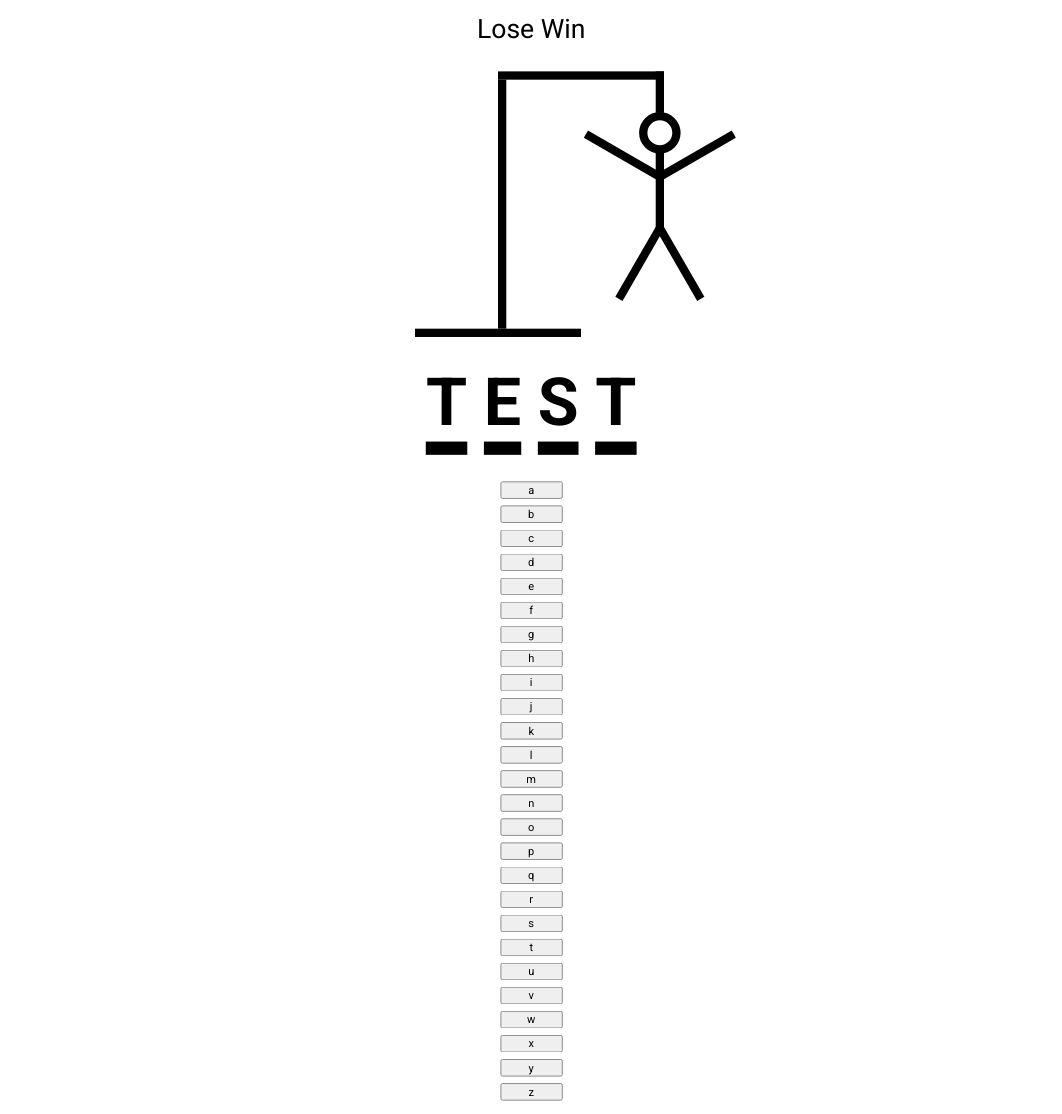
Repository: guilhermecardoso93/jogodaforca
Page: /
The author's editor kept a copy of each file at every save. The page is drawn from the files as they stood at one save, then again after the next save.
The browser window is 1280 px wide. The pictures show the whole page, at 83% of full size.
The project was rebuilt for these pictures with package versions that can differ from the ones it lists, and the page was loaded fresh each time. Also part of the build but not shown: vite.config.ts.

Above is the page before, as saved 2022-12-06 21:28:25.

### index.html
<!DOCTYPE html>
<html lang="en">
  <head>
    <meta charset="UTF-8" />
    <link rel="icon" type="image/svg+xml" href="/vite.svg" />
    <meta name="viewport" content="width=device-width, initial-scale=1.0" />
    <link rel="preconnect" href="https://fonts.googleapis.com"><link
      rel="preconnect" href="https://fonts.gstatic.com" crossorigin><link
      href="https://fonts.googleapis.com/css2?family=Roboto:ital,wght@0,400;0,500;0,700;1,400&display=swap"
      rel="stylesheet">
    <title>Vite + React + TS</title>
  </head>
  <body>
    <div id="root"></div>
    <script type="module" src="/src/main.tsx"></script>
  </body>
</html>

### src/App.tsx
import { useState } from "react";
import words from "./wordList.json";

import { HangmanDrawing } from "./components/HangmanDrawing";
import { HangmanWord } from "./components/HangmanWord";
import { Keyboard } from "./components/Keyboard";

import "./App.css";

export function App() {
  const randomWords = () => {
    return words[Math.floor(Math.random() * words.length)];
  };

  const [wordToGuess, setWordToGuess] = useState(randomWords);
  const [guessedLetters, setGuessedLetters] = useState<string[]>([]);

  console.log(wordToGuess);
  return (
    <div className="container">
      <div className="loseOrWin">Lose Win</div>
      <HangmanDrawing />
      <HangmanWord />
      <Keyboard />
    </div>
  );
}

### src/wordList.json
[
  "capaz",
  "sobre",
  "absoluto",
  "aceitar",
  "conta",
  "alcançar",
  "através",
  "ativo",
  "real",
  "Admitem",
  "anunciar",
  "afetar",
  "proporcionar",
  "depois",
  "tarde",
  "novamente",
  "contra",
  "agente",
  "aceita",
  "permitir",
  "quase",
  "já",
  "tudo bem",
  "também",
  "Apesar",
  "sempre",
  "América",
  "quantia",
  "outro",
  "responda",
  "separado",
  "aparente",
  "aparecer",
  "Aplique",
  "nomear",
  "abordagem",
  "apropriado",
  "área",
  "argumentar",
  "arranjo",
  "associado",
  "presumir",
  "participar",
  "autoridade",
  "acessível",
  "consciente",
  "horrível",
  "bebê",
  "Saldo",
  "bola",
  "banco",
  "base",
  "base",
  "urso",
  "bater",
  "beleza",
  "Porque",
  "antes da",
  "começar",
  "acreditam",
  "beneficiar",
  "melhor",
  "entre",
  "conta",
  "nascimento",
  "Preto",
  "cara",
  "sangue",
  "golpe",
  "limite",
  "linha",
  "Lista",
  "ouço",
  "pequena",
  "viver",
  "carregar",
  "local",
  "trancar",
  "Londres",
  "grandes",
  "olhar",
  "senhor",
  "perder",
  "amor",
  "sorte",
  "almoço",
  "máquina",
  "faço",
  "gerir",
  "muitos",
  "marca",
  "mercado",
  "casar",
  "Combine",
  "matéria",
  "significa",
  "significado",
  "a medida",
  "encontrar",
  "membro",
  "menção",
  "meio",
  "poderia",
  "milha",
  "ouvir",
  "coração",
  "aquecer",
  "pesado",
  "inferno",
  "ajuda",
  "aqui",
  "Alto",
  "história",
  "aguarde",
  "feriado",
  "casa",
  "honesto",
  "esperança",
  "cavalo",
  "hospital",
  "hora",
  "lar",
  "Contudo",
  "olá",
  "centenas",
  "esposo",
  "idéia",
  "identificar",
  "Imagine",
  "importante",
  "melhorar",
  "incluir",
  "renda",
  "aumentar",
  "na verdade",
  "Individual",
  "indústria",
  "informar",
  "garantir",
  "interesse",
  "em",
  "introduzir",
  "investir",
  "envolver",
  "questão",
  "item",
  "Jesus",
  "Junte",
  "juiz",
  "pular",
  "apenas",
  "guarda",
  "matar",
  "Gentil",
  "rei",
  "cozinha",
  "bater",
  "conhecer",
  "trabalho",
  "senhora",
  "terra",
  "Língua",
  "ampla",
  "último",
  "tarde",
  "riso",
  "conduzir",
  "aprender",
  "sair",
  "deixei",
  "menos",
  "carta",
  "nível",
  "vida",
  "leve",
  "Curti",
  "provável",
  "cinco",
  "apartamento",
  "piso",
  "Segue",
  "Comida",
  "pé",
  "força",
  "esquecer",
  "Formato",
  "fortuna",
  "frente",
  "quatro",
  "França",
  "gratuitamente",
  "amigo",
  "a partir de",
  "frente",
  "cheio",
  "função",
  "fundo",
  "futuro",
  "jogos",
  "jardim",
  "em geral",
  "Alemanha",
  "menina",
  "dar",
  "vidro",
  "Boa",
  "adeus",
  "governo",
  "grande",
  "conceder",
  "excelente",
  "verde",
  "chão",
  "grupo",
  "crescer",
  "acho",
  "cabelo",
  "metade",
  "corredor",
  "mão",
  "pendurar",
  "acontecer",
  "feliz",
  "duro",
  "odiar",
  "tenho",
  "cabeça",
  "saúde"
]

### src/components/HangmanDrawing.tsx
const HEAD = (
  <div
    style={{
      width: "50px",
      height: "50px",
      borderRadius: "100%",
      border: "10px solid black",
      position: "absolute",
      top: "49px",
      right: "-20px",
    }}
  />
);

const BODY = (
  <div
    style={{
      width: "10px",
      height: "100px",
      background: "black",
      position: "absolute",
      top: "90px",
      right: 0,
    }}
  />
);

const RIGHT_ARM = (
  <div
    style={{
      width: "100px",
      height: "10px",
      background: "black",
      position: "absolute",
      top: "120px",
      right: "-100px",
      rotate: "-30deg",
      transformOrigin: "left bottom",
    }}
  />
);

const LEFT_ARM = (
  <div
    style={{
      width: "100px",
      height: "10px",
      background: "black",
      position: "absolute",
      top: "120px",
      right: "10px",
      rotate: "30deg",
      transformOrigin: "right bottom",
    }}
  />
);

const RIGHT_LEG = (
  <div
    style={{
      width: "100px",
      height: "10px",
      background: "black",
      position: "absolute",
      top: "180px",
      right: "-90px",
      rotate: "60deg",
      transformOrigin: "left bottom",
    }}
  />
);

const LEFT_LEG = (
  <div
    style={{
      width: "100px",
      height: "10px",
      background: "black",
      position: "absolute",
      top: "180px",
      right: 0,
      rotate: "-60deg",
      transformOrigin: "right bottom",
    }}
  />
);

const BODY_PARTS = [HEAD, BODY, RIGHT_ARM, LEFT_ARM, RIGHT_LEG, LEFT_LEG];

type HangmanDrawingProps = {
  numberOfGuesses: number
}

export function HangmanDrawing() {
  return (
    <div style={{ position: "relative" }}>
      {BODY_PARTS}
      <div
        style={{
          height: "50px",
          width: "10px",
          background: "black",
          position: "absolute",
          top: 0,
          right: 0,
        }}
      />
      <div
        style={{
          height: "10px",
          width: "200px",
          background: "black",
          marginLeft: "120px",
        }}
      />
      <div
        style={{
          height: "300px",
          width: "10px",
          background: "black",
          marginLeft: "120px",
        }}
      />
      <div style={{ height: "10px", width: "200px", marginLeft: '20px', background: "black" }} />
    </div>
  );
}

### src/components/HangmanWord.tsx
import "../App.css";

export function HangmanWord() {
  const word = "test";
  const guessedLetters = ["t", "e", "s"];

  return (
    <div className="HangmanWordContainer">
      {word.split("").map((letter, index) => (
        <span key={index}>
          <span
            style={{
              visibility: guessedLetters.includes(letter)
                ? "visible"
                : "hidden",
            }}
          >
            {letter}
          </span>
        </span>
      ))}
    </div>
  );
}

### src/components/Keyboard.tsx
import './Keyboard.css'
const KEYS = [
  "a",
  "b",
  "c",
  "d",
  "e",
  "f",
  "g",
  "h",
  "i",
  "j",
  "k",
  "l",
  "m",
  "n",
  "o",
  "p",
  "q",
  "r",
  "s",
  "t",
  "u",
  "v",
  "w",
  "x",
  "y",
  "z",
]


export function Keyboard() {
  return (
    <div className='KeyboardContainer'>
     {KEYS.map(key => {
      return <button key={key}>{key}</button>
     })}
    </div>
  )
}

### src/App.css
* {
  margin: 0;
  passing: 0;
  box-sizing: border-box;
  font-family: "Roboto", sans-serif;
}

body {
  margin: 1rem;
}

.container {
  max-width: 800px;
  display: flex;
  flex-direction: column;
  gap: 2rem;
  margin: 0 auto;
  align-items: center;
  justify-content: center;
}

.loseOrWin {
  font-size: 2rem;
  text-align: center;
}

.HangmanWordContainer {
  display: flex;
  gap: 0.25em;
  font-size: 5rem;
  font-weight: bold;
  text-transform: uppercase;
}

.HangmanWordContainer > span {
  border-bottom: 1rem solid black;
}

.HangmanWordContainer .invisibleLetter {
  visibility: hidden;
}

### src/components/Keyboard.css
.KeyboardContainer {
  display: grid;
  grid-template-columns: repeat(auto-fit, minmax(75px, 1fr));
  gap: 0.5rem;
}

.btn {
  width: 100%;
  border: 3px solid black;
  background: none;
  aspect-ratio: 1 / 1;
  font-size: 2.5rem;
  text-transform: uppercase;
  padding: .5rem;
  font-weight: bold;
  cursor: pointer;
  color: black;
}

.btn.active {
  background-color: hsl(200, 100%, 50%);
  color: white;
}

.btn.inactive {
  opacity: .3;
}

.btn:hover:not(:disabled),
.btn:focus:not(:disabled) {
  background-color: hsl(200, 100%, 75%);
}

Loaded but not shown: src/main.tsx (common file)

After the next save:
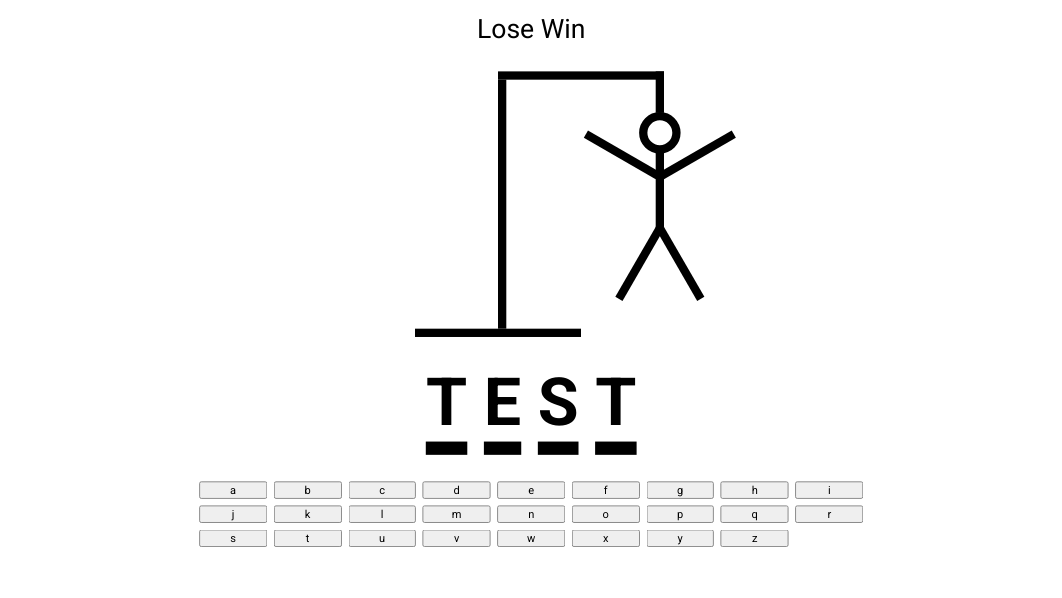
Saved 60 s later.
--- a/src/App.tsx
+++ b/src/App.tsx
@@ -21,7 +21,9 @@ export function App() {
       <div className="loseOrWin">Lose Win</div>
       <HangmanDrawing />
       <HangmanWord />
+      <div style={{ alignSelf:'stretch'}}>
       <Keyboard />
+      </div>
     </div>
   );
 }
